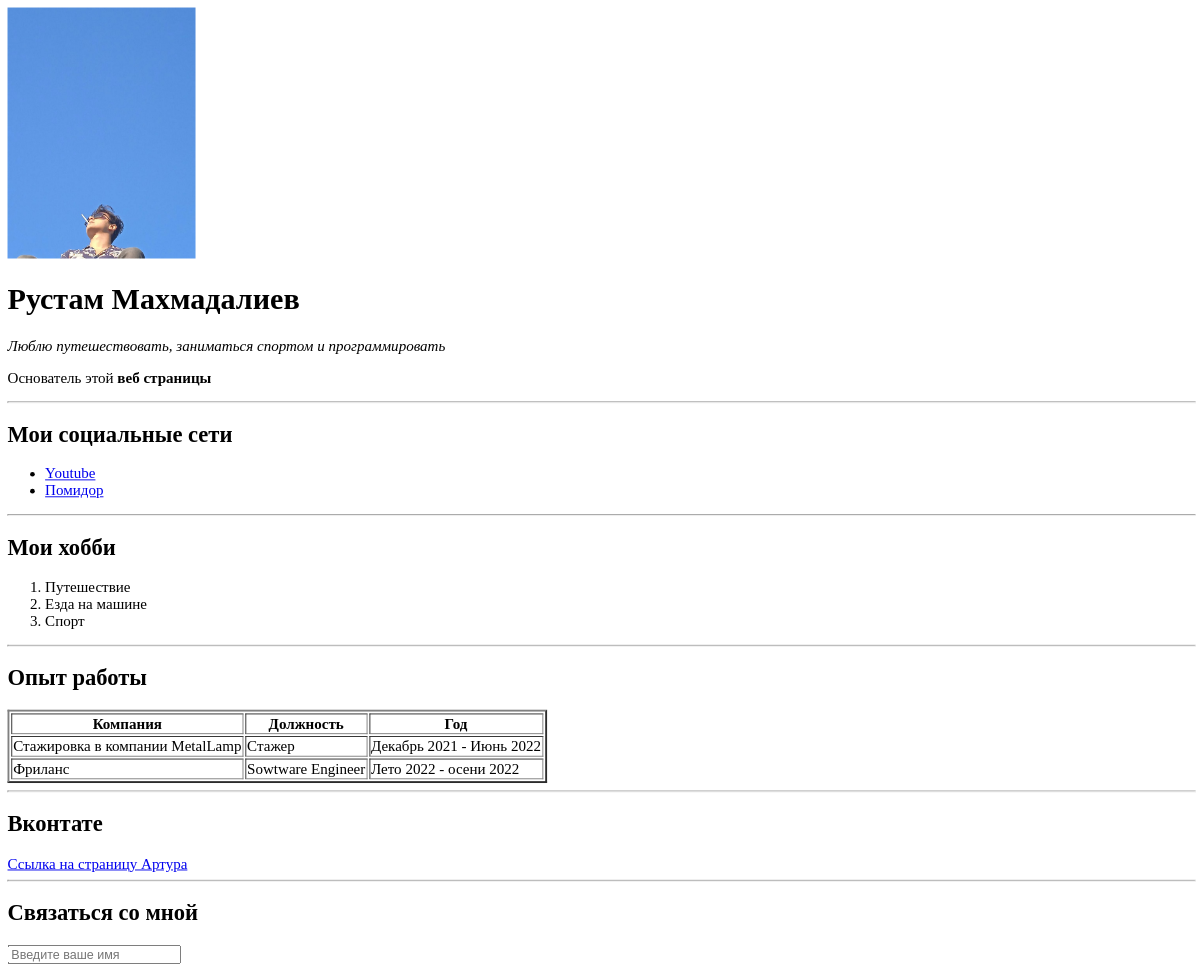
Repository: RustamMakh/html
Page: index.html
An editor plug-in stored every save of this project. The page is shown before and after the next save, followed by the edit.
The browser window is 1280 px wide. The pictures show the whole page, at 94% of full size.

Above is the page before, as saved 2022-06-08 18:27:37.

### index.html
<!DOCTYPE html>
<html lang="ru">
<head>
    <meta charset="UTF-8">
    <meta http-equiv="X-UA-Compatible" content="IE=edge">
    <meta name="viewport" content="width=device-width, initial-scale=1.0">
    <title>Rustam resume</title>
</head>

  <img src="avatar.jpg" alt="Тут моя фотка" width="200">
  <h1>Рустам Махмадалиев</h1>
  <p><em>Люблю путешествовать, заниматься спортом и программировать</em></p>
  <p>Основатель этой <strong>веб страницы</strong></p>
  <hr>

  <h2>Мои социальные сети</h2>
  <ul>
      <li> <a href="https://www.youtube.com/watch?v=DOEtVdkKwcU" target="_blank">Youtube </a></li>
      <li> <a href="https://bakunin.com/pomidor/" target="_blank">Помидор </a></li>
    </ul>
    <hr>

  <h2>Мои хобби</h2>
  <ol>
      <li>Путешествие</li>
      <li>Езда на машине</li>
      <li>Спорт</li>
  </ol>
  <hr>

  <h2>Опыт работы</h2>
  <table border="2">
    <tr>
      <th>Компания</th>
      <th>Должность</th>
      <th>Год</th>
    </tr>
    <tr>
      <td>Стажировка в компании MetalLamp</td>
      <td>Стажер</td>
      <td>Декабрь 2021 - Июнь 2022</td>
    </tr>
    <tr>
      <td>Фриланс</td>
      <td>Sowtware Engineer</td>
      <td>Лето 2022 - осени 2022</td>
    </tr>
  </table>
  <hr>

  <h2>Вконтате</h3>
  <a href="Вконтакте.html">Ссылка на страницу Артура</a>
  <hr>

  <h2>Связаться со мной</h2>
  <form action="/"
  <label for="name">
  <input type="text" id="name" placeholder="Введите ваше имя">
</body>
</html>

After the next save:
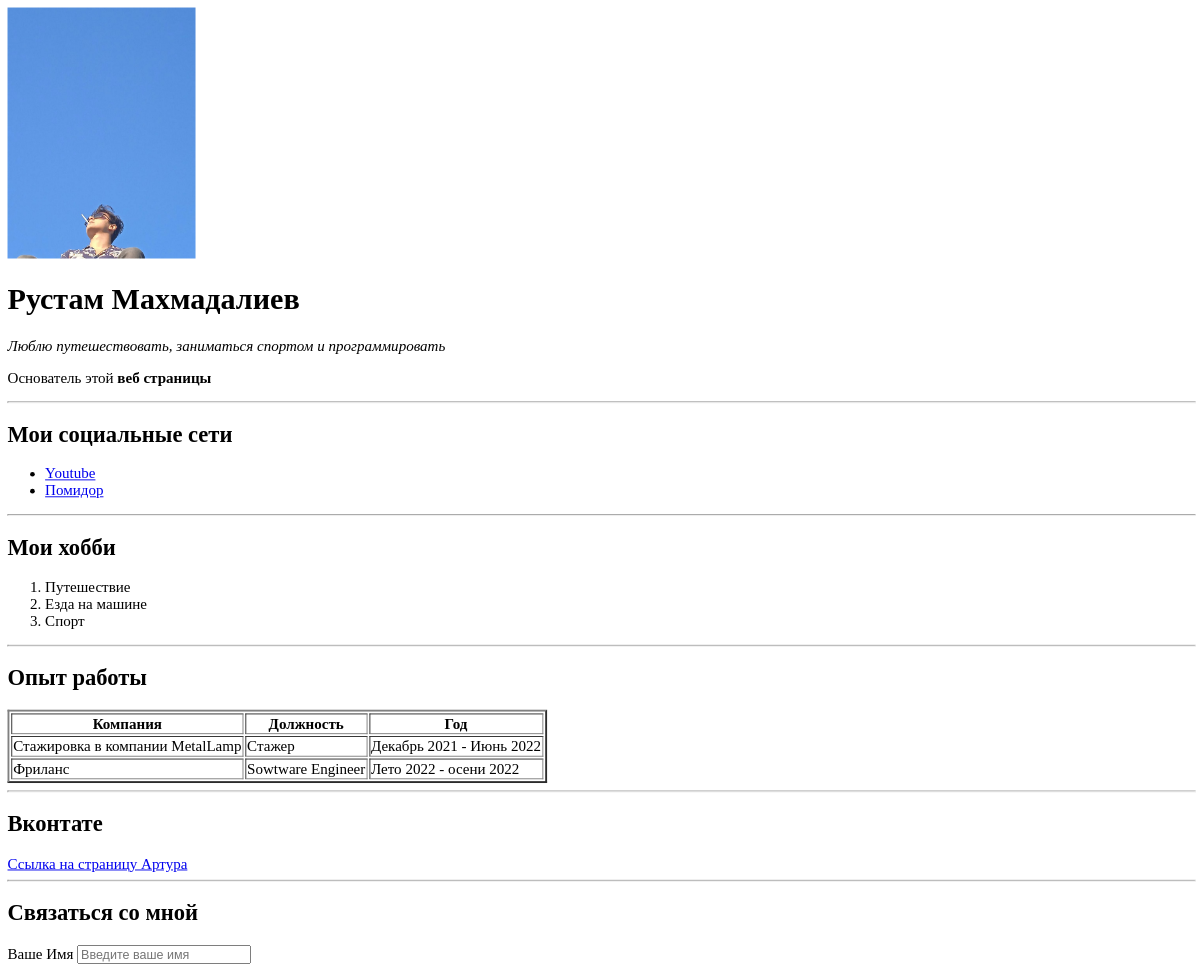
Saved 37 s later.
--- a/index.html
+++ b/index.html
@@ -54,7 +54,7 @@
 
   <h2>Связаться со мной</h2>
   <form action="/"
-  <label for="name">
+  <label for="name">Ваше Имя</label>
   <input type="text" id="name" placeholder="Введите ваше имя">
 </body>
 </html>
